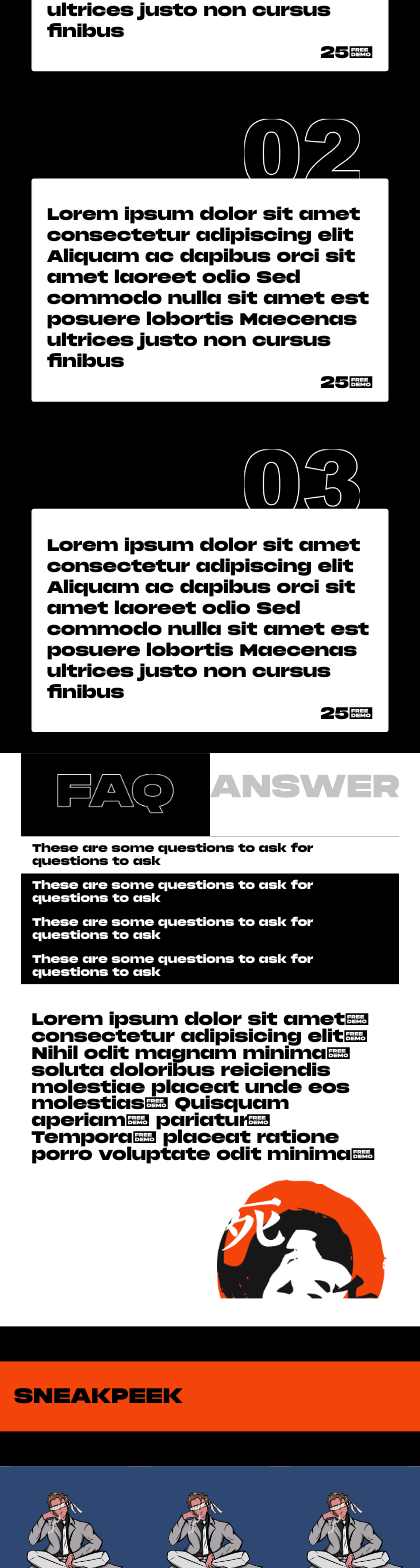
Repository: danishmahmoodawan/Sneakpeak
Page: /
The author's editor kept a copy of each file at every save. The page is drawn from the files as they stood at one save, then again after a run of saves.
The browser window is 600 px wide. The pictures show the part of the page from y = 1357 to 3597 px (the page is 3815 px tall), at 70% of full size.
The project was rebuilt for these pictures with package versions that can differ from the ones it lists, and the page was loaded fresh each time.

Above is the page before, as saved 2022-02-28 22:39:27.

After the next 2 saves:
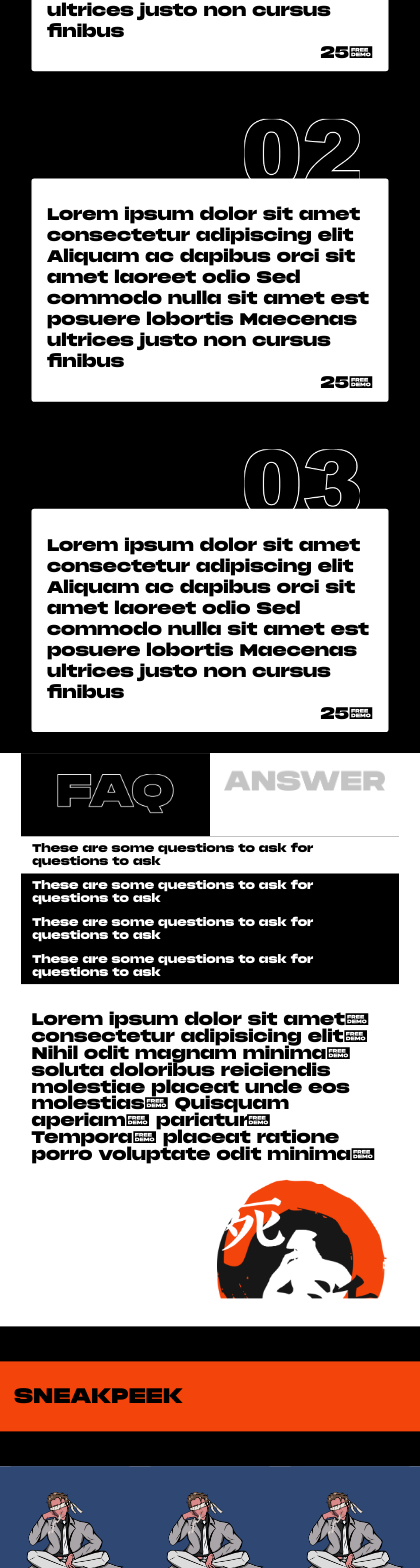
The 2 saves are shown as one change because they came seconds apart.
The last was saved 38 s later.
--- a/public/assets/css/style.css
+++ b/public/assets/css/style.css
@@ -440,7 +440,7 @@ padding: 0;
 padding: 30px !important;
   }
   .anser{
-    padding: 30px 0 !important;
+    padding: 25px 20px !important;
   }
   .anser img{
 width: 100% !important;
